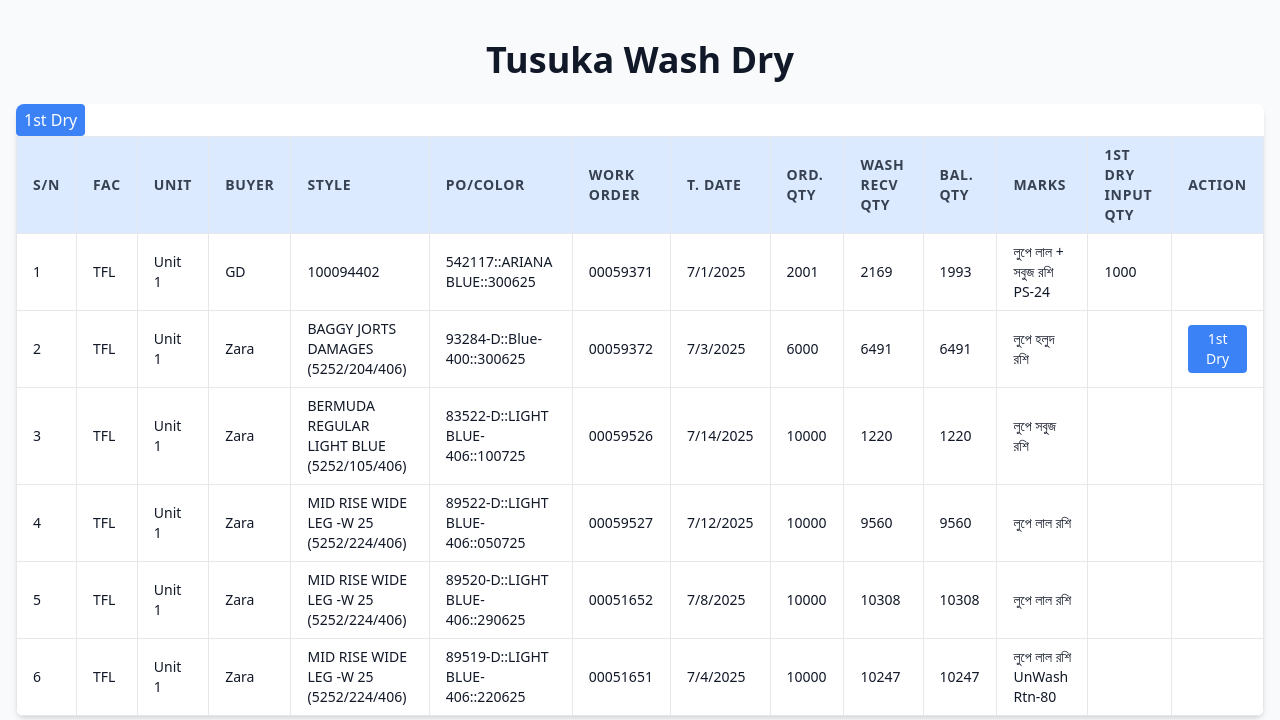
Repository: AhmedMuktadir14218/TusukaDryWash
Page: index.html
These files come from the project's save history. The page is drawn as it stood at one moment and after a run of saves; the edit follows.
The browser window is 1280 px wide. The pictures show the whole page.
Some web libraries are served in a nearby version.

Above is the page before, as saved 2025-06-29 15:03:33.

After the next 2 saves:
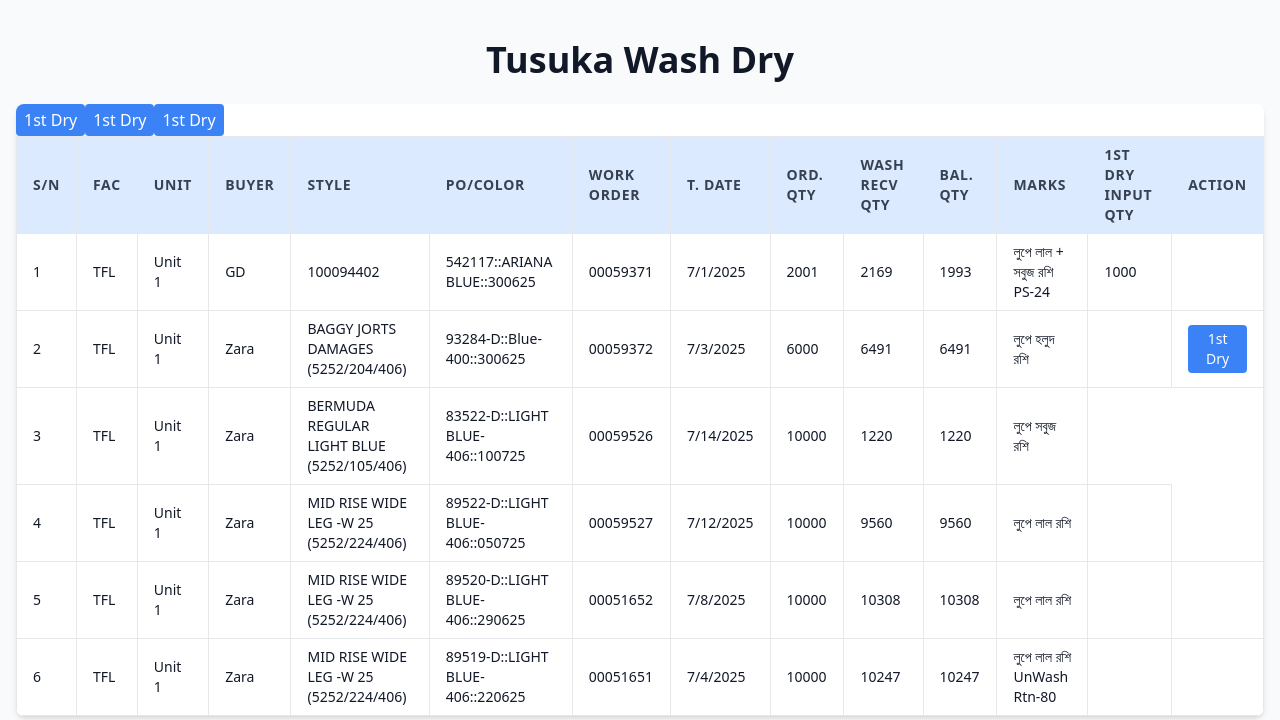
The 2 saves are shown as one change because they came seconds apart.
The last was saved 7 s later.
--- a/index.html
+++ b/index.html
@@ -77,7 +77,7 @@
             <td class="px-4 py-2 border">1220</td>
             <td class="px-4 py-2 border">লুপে সবুজ রশি</td>
             <button class="bg-blue-500 text-white px-2 py-1 rounded">1st Dry</button>
-            <td class="px-4 py-2 border"></td>
+            <button class="bg-blue-500 text-white px-2 py-1 rounded">1st Dry</button>
           </tr>
           <tr class="hover:bg-gray-100">
             <td class="px-4 py-2 border">4</td>
@@ -92,7 +92,7 @@
             <td class="px-4 py-2 border">9560</td>
             <td class="px-4 py-2 border">9560</td>
             <td class="px-4 py-2 border">লুপে লাল রশি</td>
-            <td class="px-4 py-2 border"></td>
+            <button class="bg-blue-500 text-white px-2 py-1 rounded">1st Dry</button>
             <td class="px-4 py-2 border"></td>
           </tr>
           <tr class="hover:bg-gray-100">

After the save that followed:
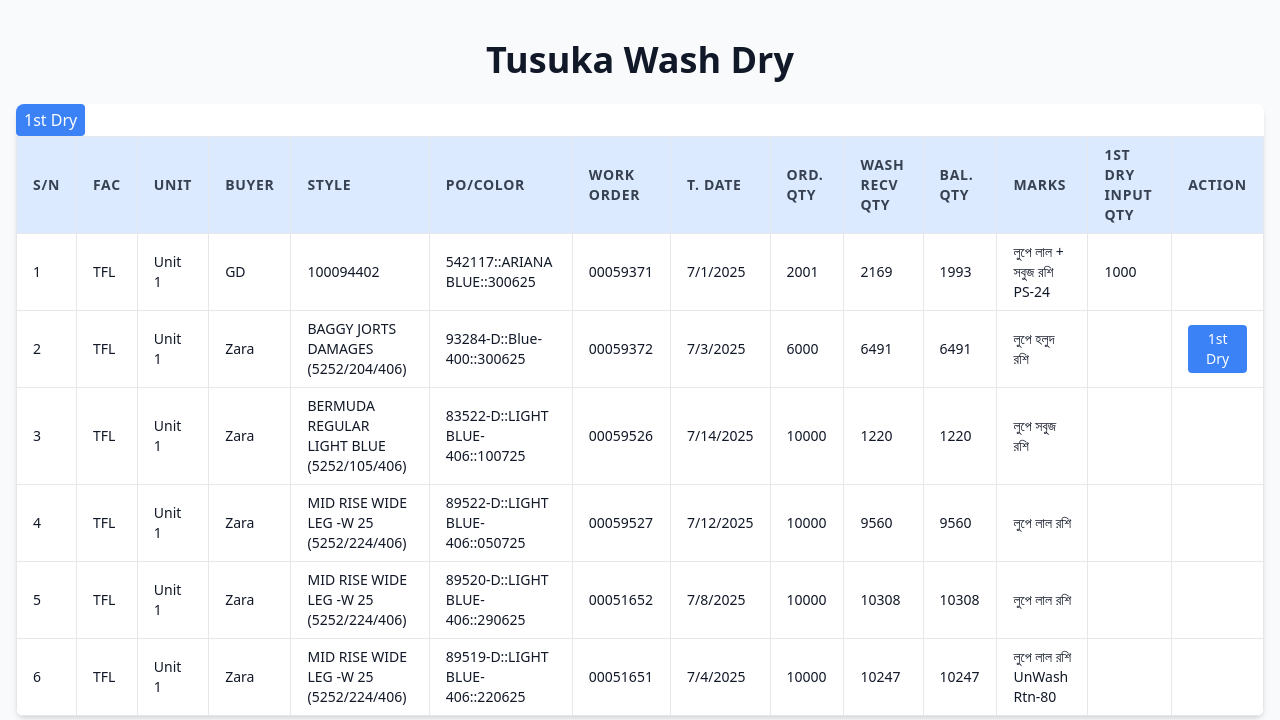
Saved 7 s later.
--- a/index.html
+++ b/index.html
@@ -77,7 +77,7 @@
             <td class="px-4 py-2 border">1220</td>
             <td class="px-4 py-2 border">লুপে সবুজ রশি</td>
             <button class="bg-blue-500 text-white px-2 py-1 rounded">1st Dry</button>
-            <button class="bg-blue-500 text-white px-2 py-1 rounded">1st Dry</button>
+            <td class="px-4 py-2 border"></td>
           </tr>
           <tr class="hover:bg-gray-100">
             <td class="px-4 py-2 border">4</td>
@@ -92,7 +92,7 @@
             <td class="px-4 py-2 border">9560</td>
             <td class="px-4 py-2 border">9560</td>
             <td class="px-4 py-2 border">লুপে লাল রশি</td>
-            <button class="bg-blue-500 text-white px-2 py-1 rounded">1st Dry</button>
+            <td class="px-4 py-2 border"></td>
             <td class="px-4 py-2 border"></td>
           </tr>
           <tr class="hover:bg-gray-100">
